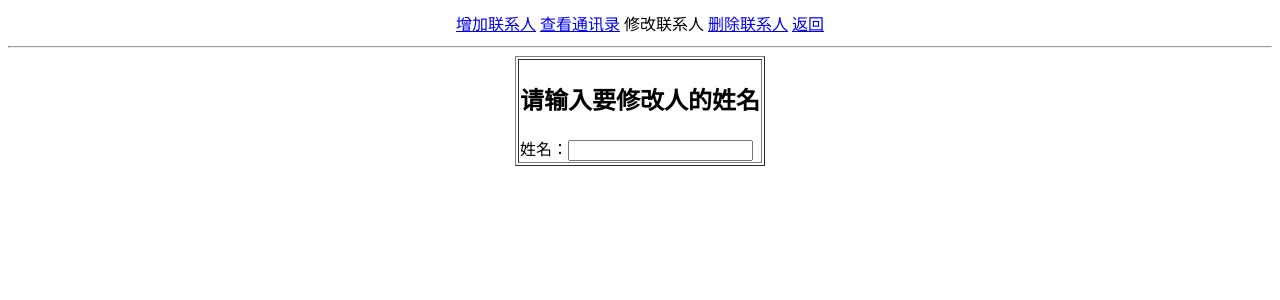
Repository: zy840055899/old-workspace
Page: http://localhost/PIMS/friendManager/updateFriend.jsp
The author's editor kept a copy of each file at every save. The page is drawn from the files as they stood at one save, then again after the next save.
The browser window is 1280 px wide. The pictures show the whole page.
The page is served by Tomcat 9.

Above is the page before, as saved 2014-03-16 01:24:35.

After the next save:
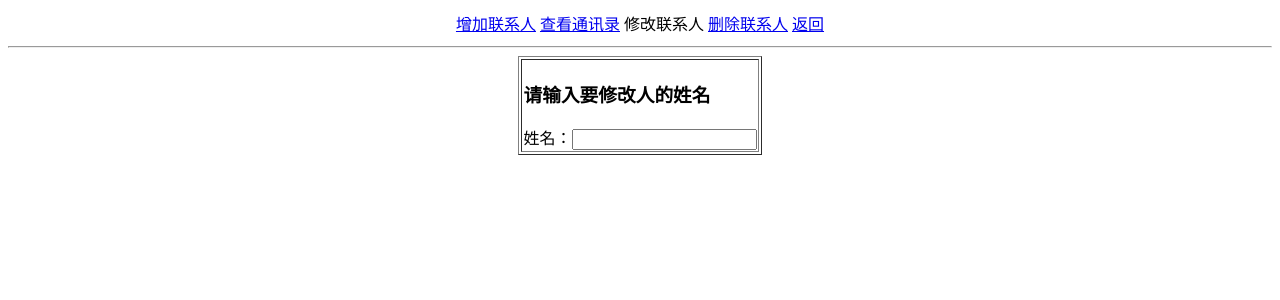
Saved 17 s later.
--- a/PIMS/WebContent/friendManager/updateFriend.jsp
+++ b/PIMS/WebContent/friendManager/updateFriend.jsp
@@ -28,7 +28,7 @@
 
 <tr>
 <td>
-<h2>请输入要修改人的姓名</h2>
+<h3>请输入要修改人的姓名</h3>
 姓名：<input type="text" name="friendName">
 
 </td>
